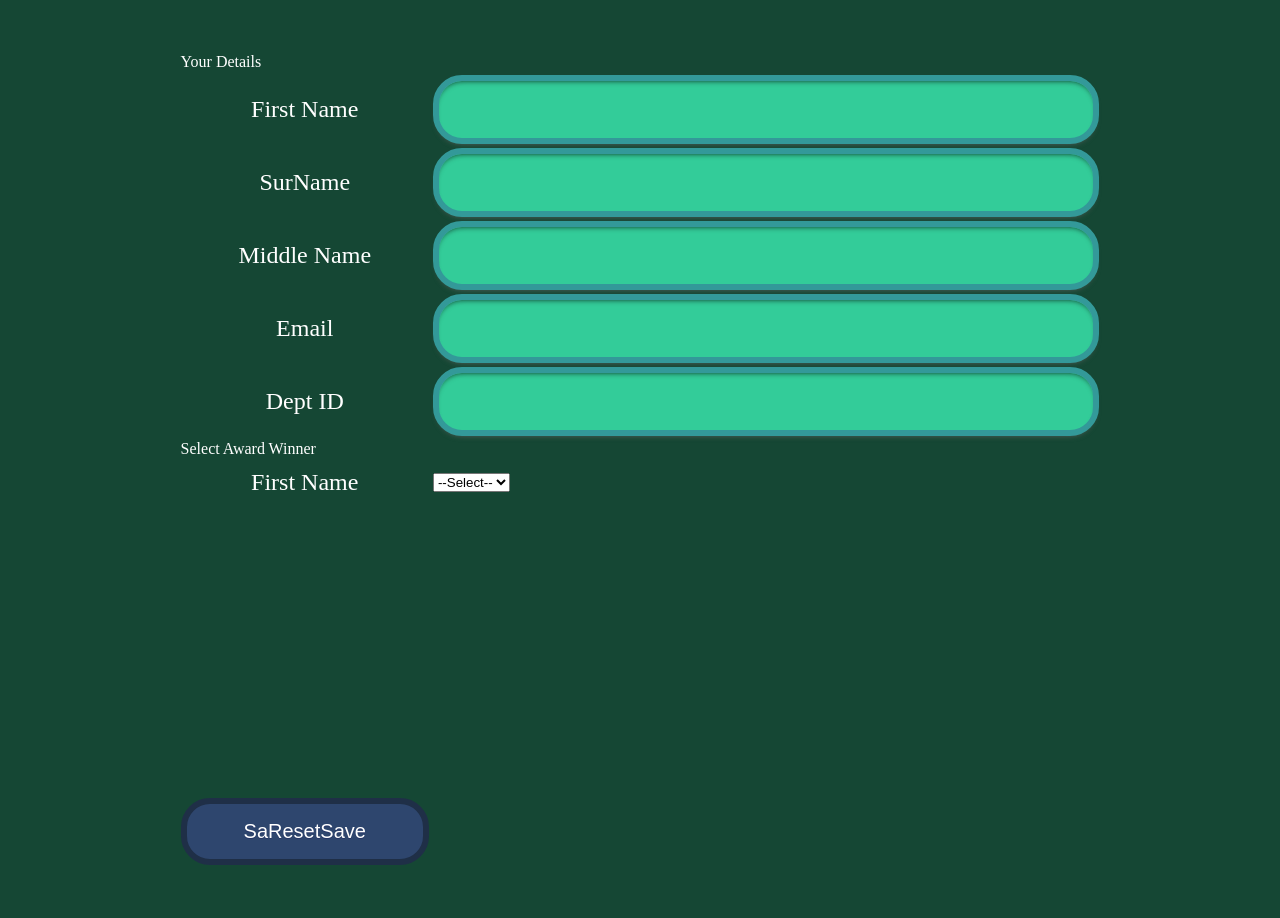
Repository: prajaktamore/Web-Based-Programming-3
Page: http://localhost/BinaryCalculator/Awards.jsp
These files come from the project's save history. The page is drawn as it stood at one moment and after the next save; the edit follows.
The browser window is 1280 px wide. The pictures show the whole page.
The page is served by Tomcat 9.

Above is the page before, as saved 2014-04-30 17:35:26.

After the next save:
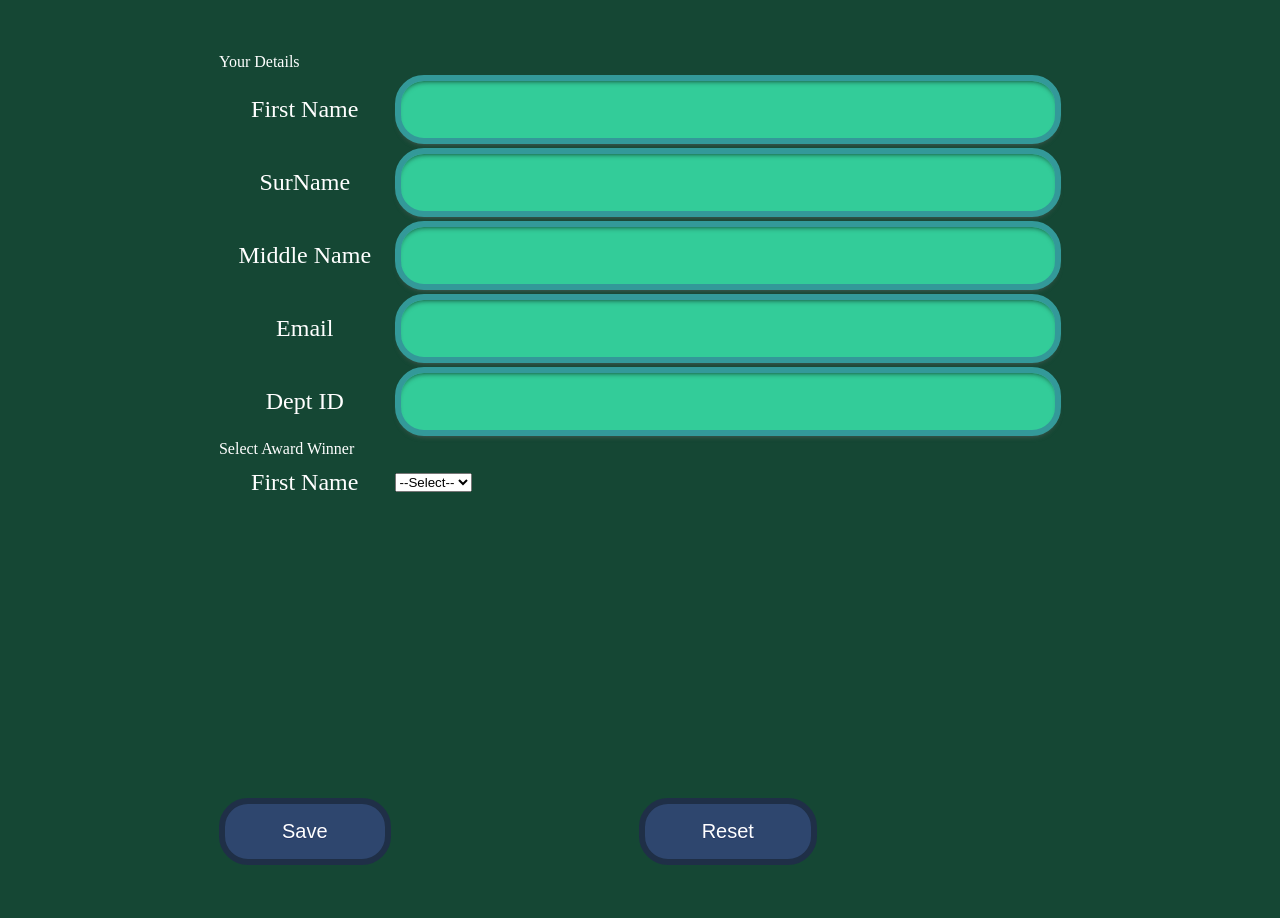
Saved 8 s later.
--- a/BinaryCalculator/WebContent/Awards.jsp
+++ b/BinaryCalculator/WebContent/Awards.jsp
@@ -126,7 +126,8 @@
              			 <td align="center"> <input id="r5" name="r5" type="text" style ="background: #33CC99; visibility:hidden;height:55px; width: 600px;text-align:right;font-size:35px; border-radius: 2em; border:6px solid #339999;border-radius:29px; color: #fff; padding-left: 1.5em; outline: none; box-shadow: 0 4px 6px -5px hsl(0, 0%, 40%), inset 0px 4px 6px -5px hsl(0, 0%, 2%)"/></td>
  					</tr>
   					<tr>
-						<td align="center"><input type="submit" name="Save" value="SaResetSave" style="background-color: #2e466e; color: #ffff; border-radius: 10px;border:6px solid #1f2f47;border-radius:29px;padding:16px 57px;text-shadow:0px 1px 0px #263666;font-size:20px;">
+						<td align="center"><input type="submit" name="Save" value="Save" style="background-color: #2e466e; color: #ffff; border-radius: 10px;border:6px solid #1f2f47;border-radius:29px;padding:16px 57px;text-shadow:0px 1px 0px #263666;font-size:20px;">
+						<td align="center"><input type="submit" name="Reset" value="Reset" style="background-color: #2e466e; color: #ffff; border-radius: 10px;border:6px solid #1f2f47;border-radius:29px;padding:16px 57px;text-shadow:0px 1px 0px #263666;font-size:20px;">
 					</tr>
   </table>
 </form>
